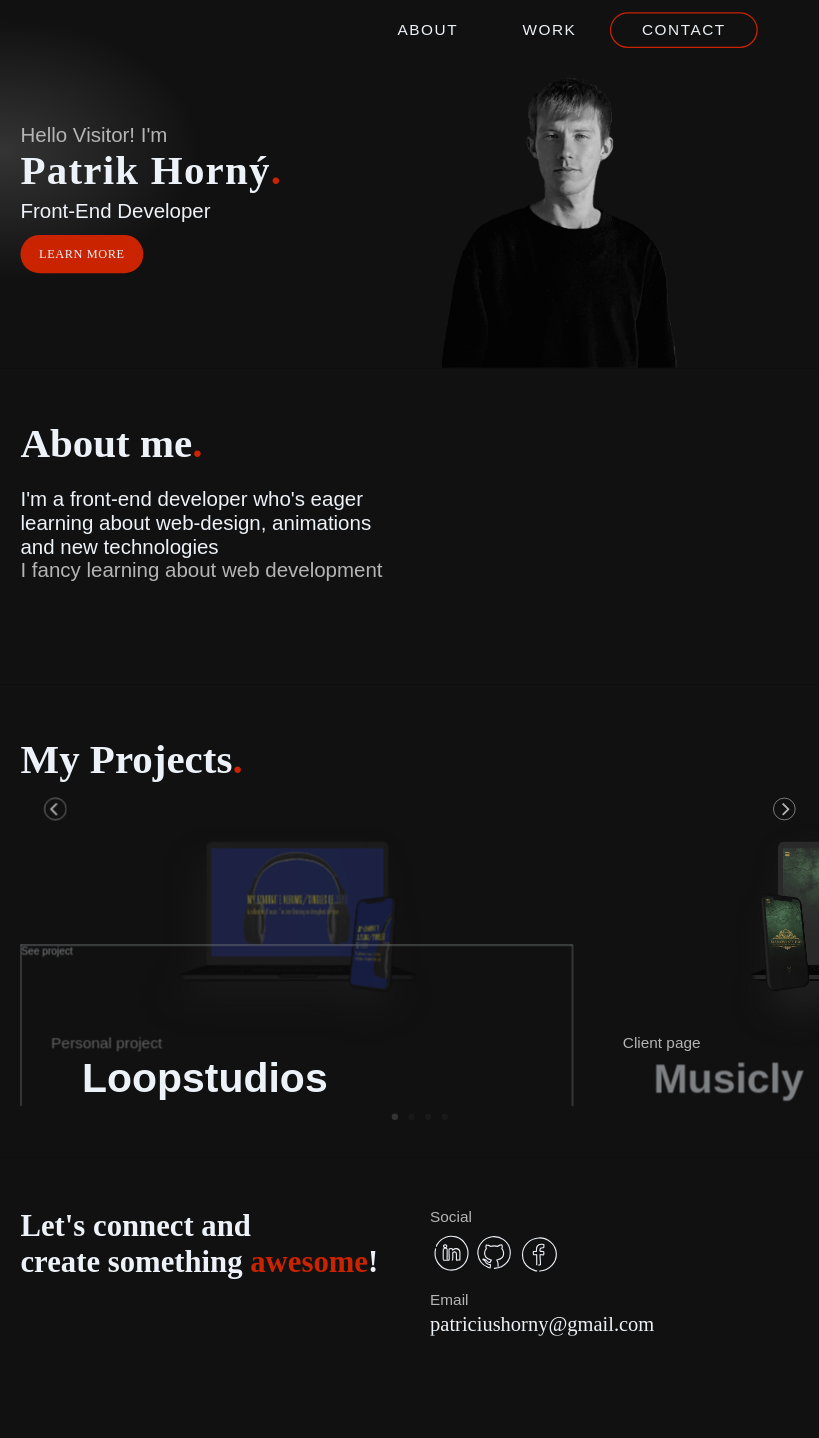
Repository: Spreceriany/portfolio
Page: index.html
An editor plug-in stored every save of this project. The page is shown before and after the next save, followed by the edit.
The browser window is 1280 px wide. The pictures show the whole page, at 64% of full size.
The pointer rests on the first visible `.block`.
Some web fonts or font styles are not loaded; a fallback is used. The style sheet was rebuilt from its Sass, Less or Tailwind sources for each picture, by a compiler version that may differ from the author's.

Above is the page before, as saved 2021-03-11 12:01:40.

After the next save:
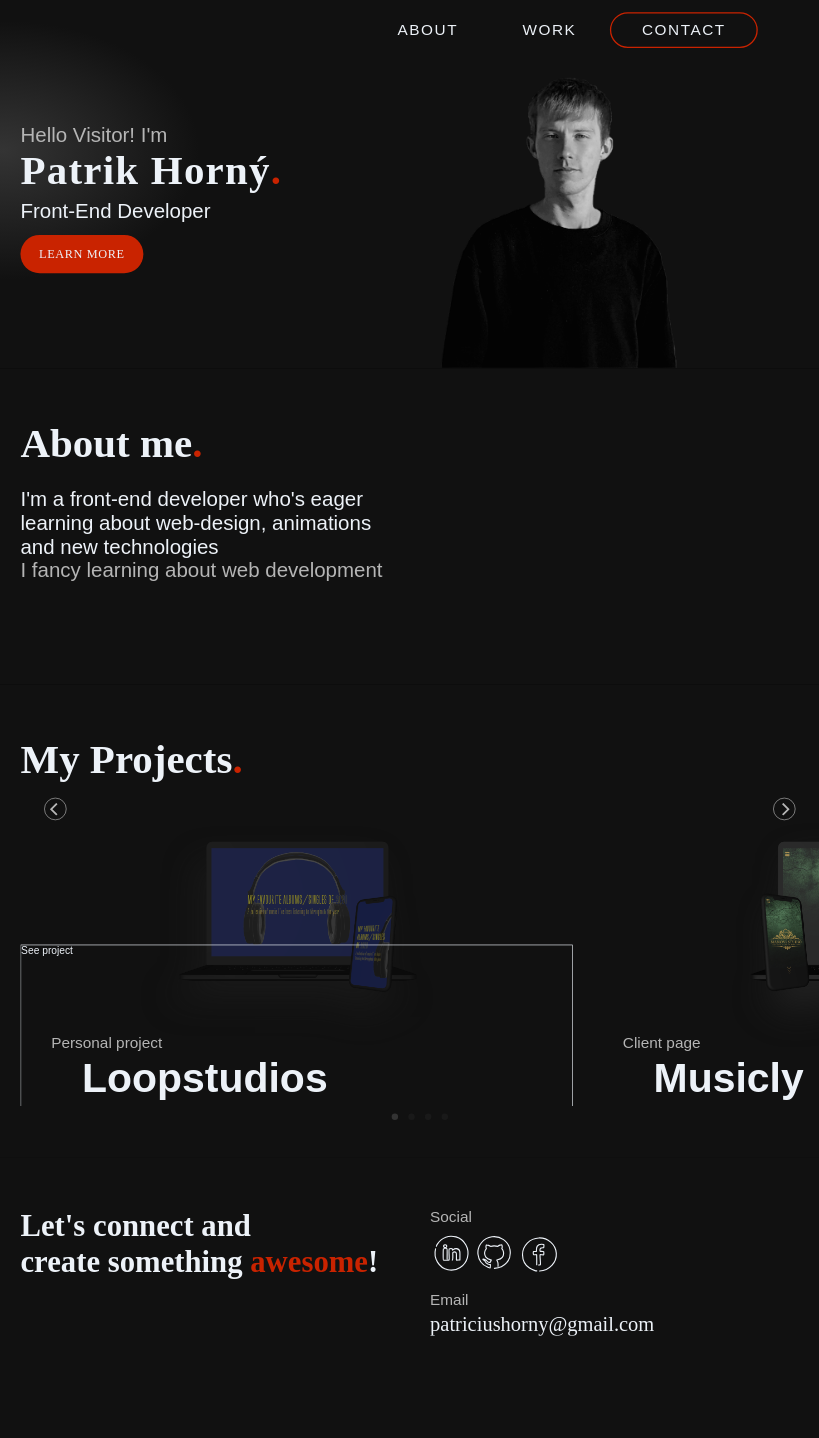
Saved 26 s later.
--- a/css/style.scss
+++ b/css/style.scss
@@ -514,9 +514,8 @@ main {
   color: $orange;
 }
 
-.block:hover{
+.block:hover .block-image{
   opacity: .5;
-
 
 }
 
